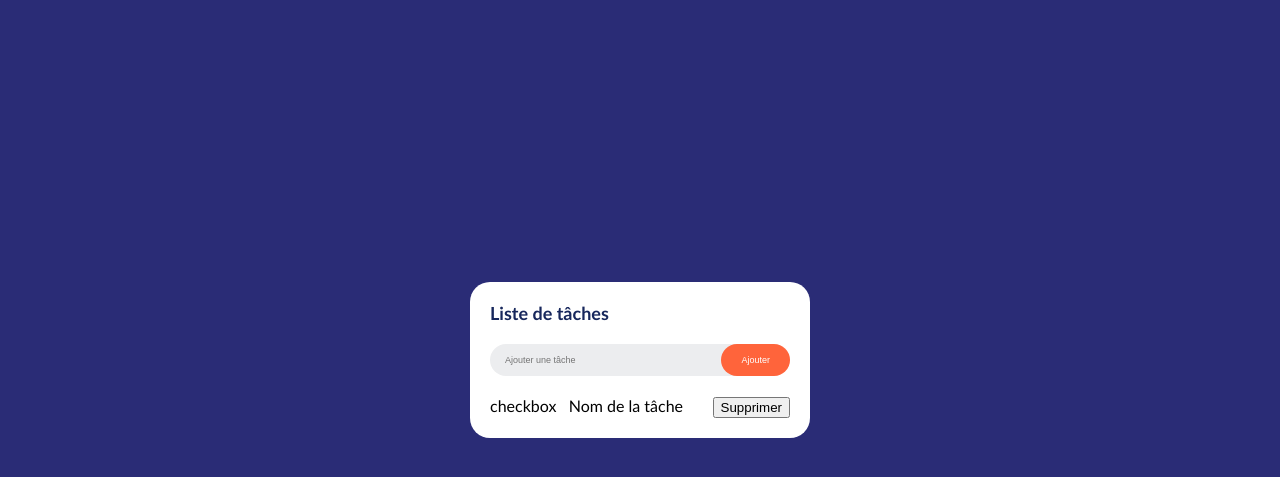
Repository: ndiemenguer/convertisseur
Page: / (app in todo-isep/)
An editor plug-in stored every save of this project. The page is shown before and after the next save, followed by the edit.
The browser window is 1280 px wide. The pictures show the whole page.
The pointer rests on the first visible `.button`.
The project was rebuilt for these pictures with package versions that can differ from the ones it lists, and the page was loaded fresh each time. Also part of the build but not shown: todo-isep/vite.config.js, todo-isep/src/Application.jsx, todo-isep/src/index.css.

Above is the page before, as saved 2023-05-06 12:32:39.

### todo-isep/src/main.jsx
import React from 'react'
import ReactDOM from 'react-dom/client'
import App from './App.jsx'
import ApplicationDev from './Application.jsx'
import './index.css'


ReactDOM.createRoot(document.getElementById('root')).render(
  <React.StrictMode>
    <App />
  </React.StrictMode>,
)

### todo-isep/src/App.jsx
import "./App.css";

function App() {
  return (
    <>
      <main className="container">
        <div className="title">Liste de tâches</div>
        <div className="input-box">
          <input
            type="text"
            className="input"
            placeholder="Ajouter une tâche"
          />
          <button className="button">Ajouter</button>
        </div>
        <div className="todo-list">
          <div className="todo-box">
            <div>checkbox &nbsp; Nom de la tâche</div>
            <div>
              <button>Supprimer</button>
            </div>
          </div>
        </div>
      </main>
    </>
  );
}

export default App;

### todo-isep/src/App.css
body {
  background: #2a2c76;
  display: flex;
  height: 100vh;
  width: 100vw;
  margin: 0;
  justify-content: center;
  align-items: center;
  font-family: calibri;
}

.container {
  background: white;
  width: 300px;
  min-height: 100px;
  border-radius: 20px;
  display: flex;
  flex-direction: column;
  gap: 20px;
  padding: 20px;
}

.container .title {
  font-size: 18px;
  font-weight: 600;
  color: #17275c;
}

.input-box {
  position: relative;
}

.todo-list {
  display: flex;
  flex-direction: column;
  gap: 10px;
}

.todo-box {
  display: flex;
  justify-content: space-between;
}

.input {
  width: 90%;
  height: 30px;
  border-radius: 20px;
  border: 0;
  outline: none;
  background-color: #ecedef;
  padding-left: 15px;
  font-size: 9px;
}

.button {
  position: absolute;
  right: 0;
  bottom: 0;
  height: 32px;
  border-radius: 20px;
  border: 0;
  color: white;
  font-size: 9px;
  background-color: #ff643b;
  padding-left: 20px;
  padding-right: 20px;
  cursor: pointer;
}

Loaded but not shown: todo-isep/index.html (common file)

After the next save:
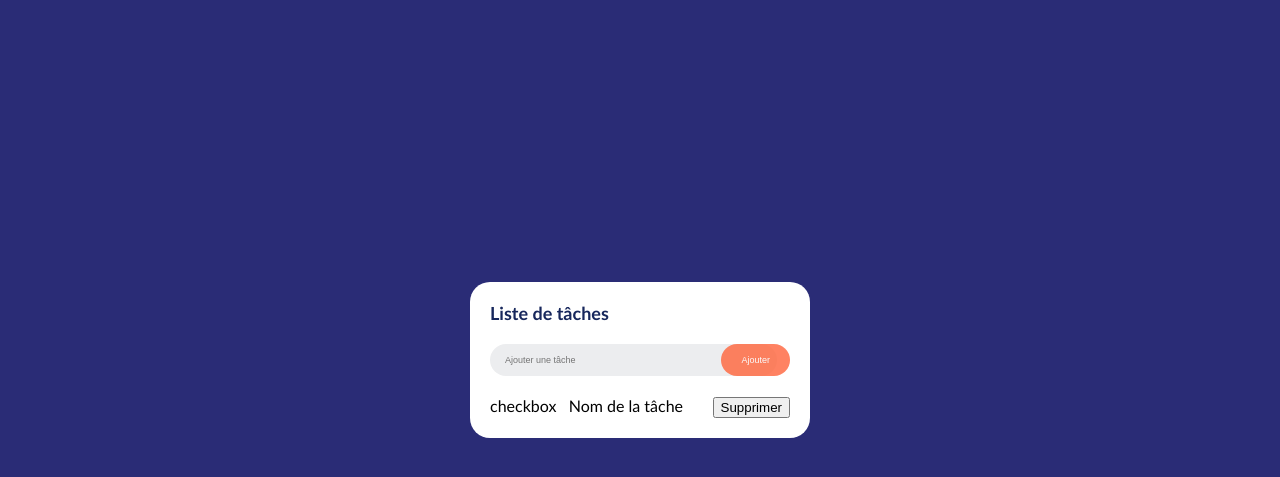
Saved 12 s later.
--- a/todo-isep/src/App.css
+++ b/todo-isep/src/App.css
@@ -66,3 +66,7 @@ body {
   padding-right: 20px;
   cursor: pointer;
 }
+
+.button:hover {
+  opacity: 0.8;
+}
